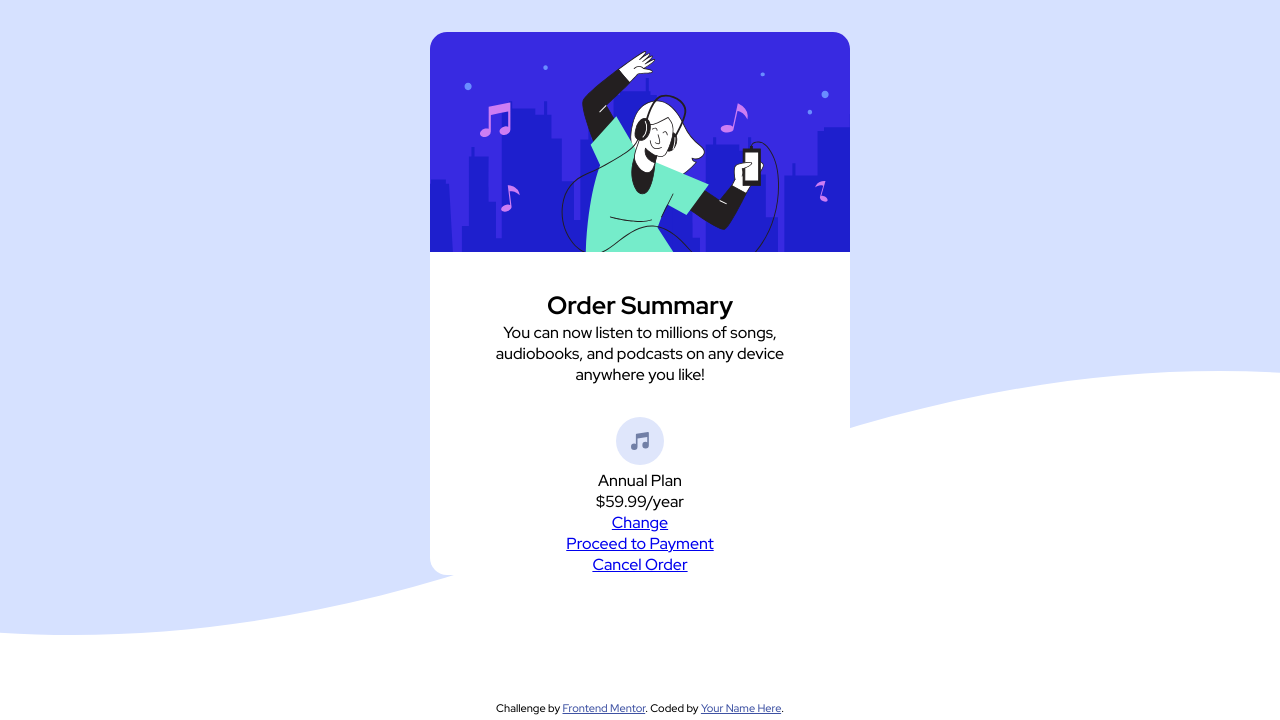
Repository: DejV44/order-summary-frontend
Page: index.html
An editor plug-in stored every save of this project. The page is shown before and after the next save, followed by the edit.
The browser window is 1280 px wide. The pictures show the whole page.
The style sheet was rebuilt from its Sass, Less or Tailwind sources for each picture, by a compiler version that may differ from the author's.

Above is the page before, as saved 2021-08-12 21:07:44.

After the next save:
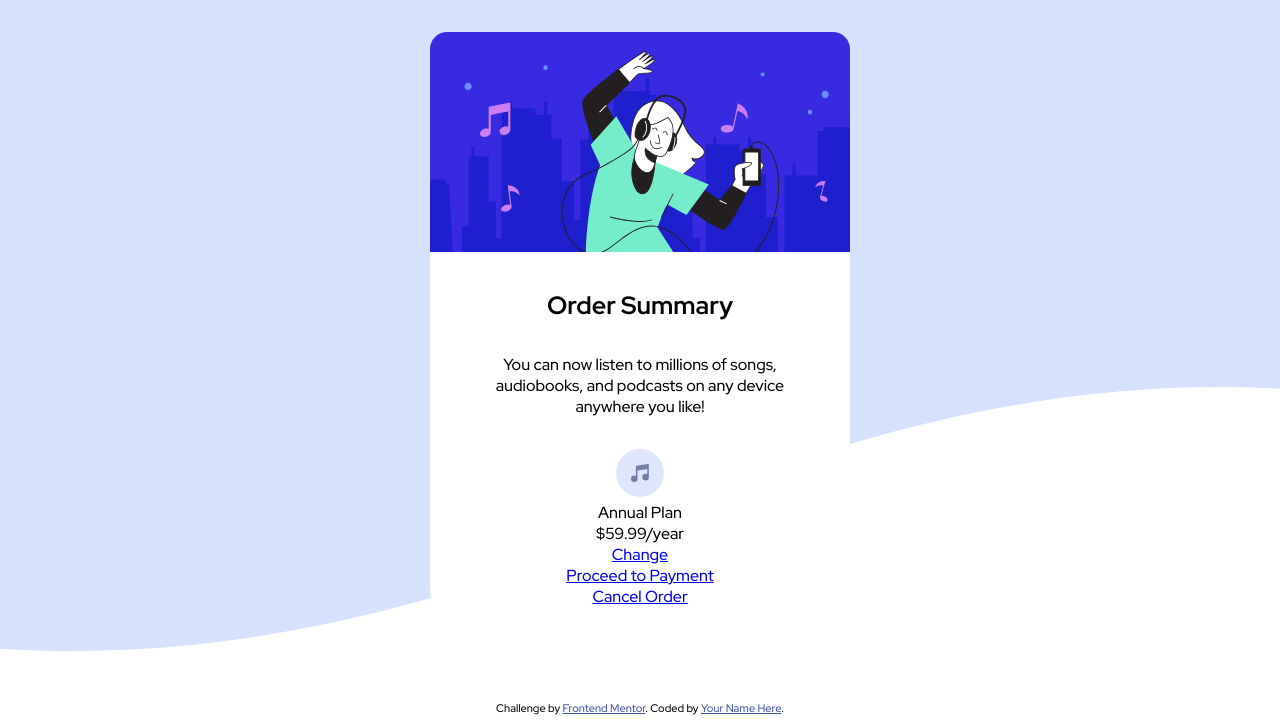
Saved 18 s later.
--- a/css/_mixins.scss
+++ b/css/_mixins.scss
@@ -46,5 +46,6 @@
 
     h1 {
         font-size: 25px;
+        padding-bottom: 2rem;
     }
 }
